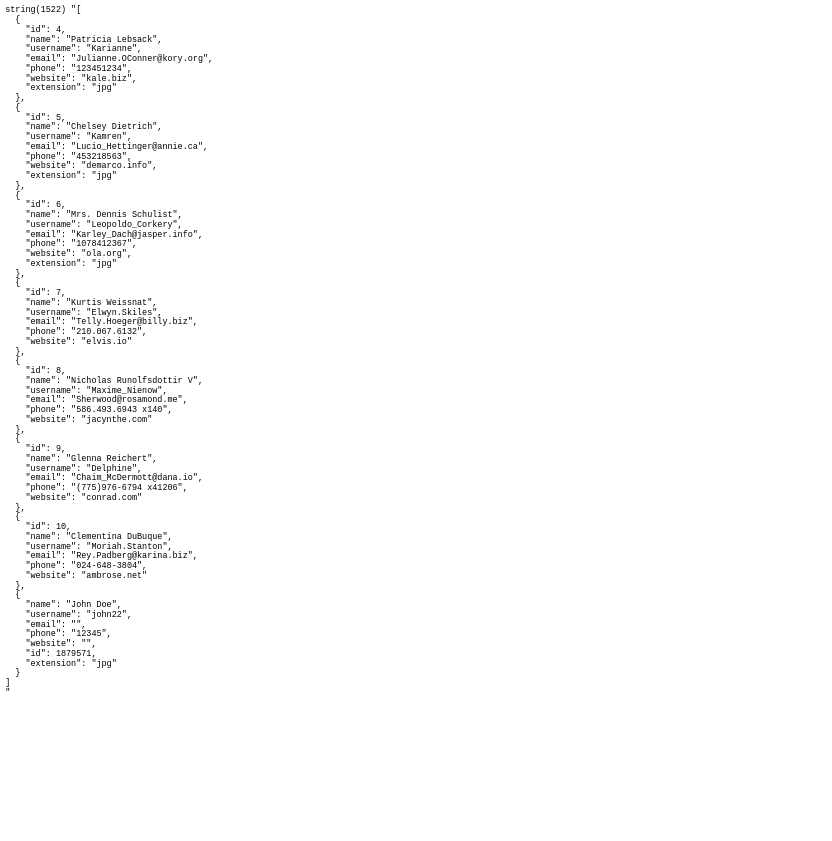
Repository: AyushMahatara/PHP-Simple-CRUD-with-JSON
Page: http://localhost/user/index.php
The author's editor kept a copy of each file at every save. The page is drawn from the files as they stood at one save, then again after the next save.
The browser window is 1280 px wide. The pictures show the whole page, at 65% of full size.
The page is run by PHP 8.4 with error messages shown; the project is at /var/www/html/.

Above is the page before, as saved 2024-03-20 12:16:17.

### user/index.php
<?php
require 'users.php';

getUsers();
?>
<!DOCTYPE html>
<html lang="en">

<head>
    <meta charset="UTF-8">
    <meta name="viewport" content="width=device-width, initial-scale=1.0">
    <title>Document</title>
</head>

<body>

</body>

</html>

### user/users.php
<?php

function getUsers()
{
    $users = file_get_contents('./users.json');

    echo '<pre>';
    var_dump($users);
    echo '<pre>';
}


function getUserById($id)
{
}


function createUser($data)
{
}


function updateUser($data, $id)
{
}

function deleteUser($id)
{
}

### user/users.json
[
  {
    "id": 4,
    "name": "Patricia Lebsack",
    "username": "Karianne",
    "email": "Julianne.OConner@kory.org",
    "phone": "123451234",
    "website": "kale.biz",
    "extension": "jpg"
  },
  {
    "id": 5,
    "name": "Chelsey Dietrich",
    "username": "Kamren",
    "email": "Lucio_Hettinger@annie.ca",
    "phone": "453218563",
    "website": "demarco.info",
    "extension": "jpg"
  },
  {
    "id": 6,
    "name": "Mrs. Dennis Schulist",
    "username": "Leopoldo_Corkery",
    "email": "Karley_Dach@jasper.info",
    "phone": "1078412367",
    "website": "ola.org",
    "extension": "jpg"
  },
  {
    "id": 7,
    "name": "Kurtis Weissnat",
    "username": "Elwyn.Skiles",
    "email": "Telly.Hoeger@billy.biz",
    "phone": "210.067.6132",
    "website": "elvis.io"
  },
  {
    "id": 8,
    "name": "Nicholas Runolfsdottir V",
    "username": "Maxime_Nienow",
    "email": "Sherwood@rosamond.me",
    "phone": "586.493.6943 x140",
    "website": "jacynthe.com"
  },
  {
    "id": 9,
    "name": "Glenna Reichert",
    "username": "Delphine",
    "email": "Chaim_McDermott@dana.io",
    "phone": "(775)976-6794 x41206",
    "website": "conrad.com"
  },
  {
    "id": 10,
    "name": "Clementina DuBuque",
    "username": "Moriah.Stanton",
    "email": "Rey.Padberg@karina.biz",
    "phone": "024-648-3804",
    "website": "ambrose.net"
  },
  {
    "name": "John Doe",
    "username": "john22",
    "email": "",
    "phone": "12345",
    "website": "",
    "id": 1879571,
    "extension": "jpg"
  }
]

After the next save:
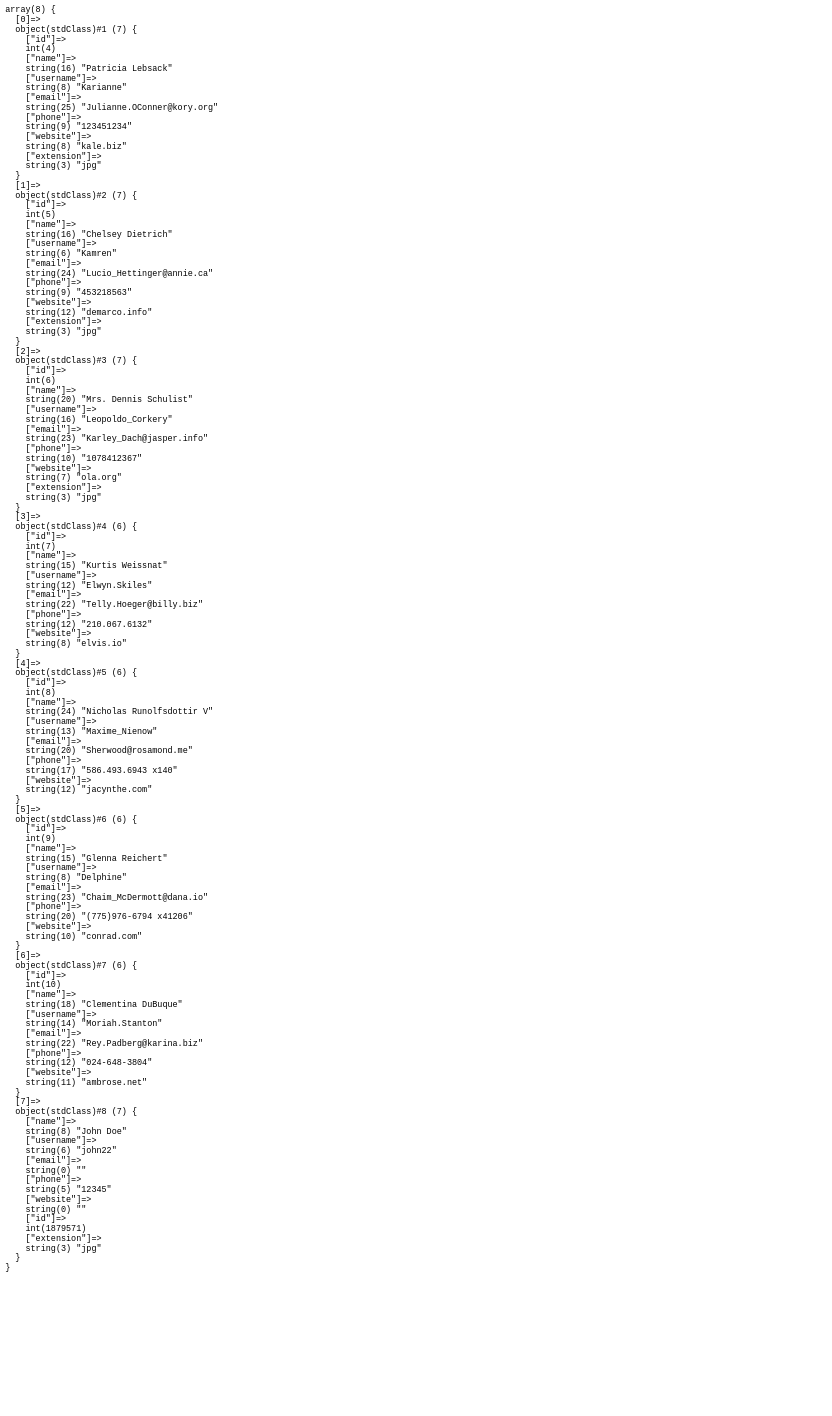
Saved 28 s later.
--- a/user/users.php
+++ b/user/users.php
@@ -2,7 +2,7 @@
 
 function getUsers()
 {
-    $users = file_get_contents('./users.json');
+    $users = json_decode(file_get_contents('./users.json'));
 
     echo '<pre>';
     var_dump($users);
